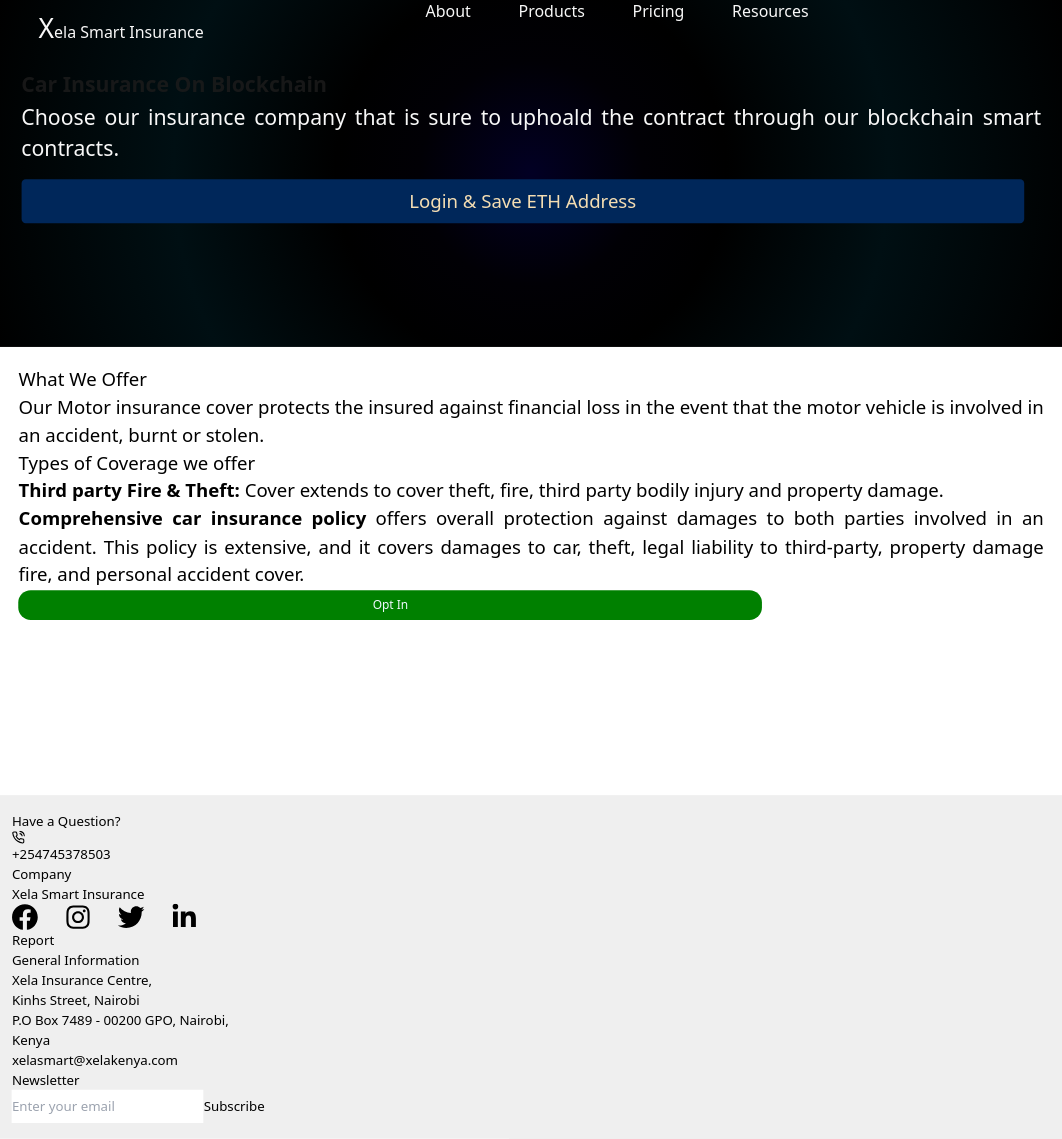
Repository: ALVIN-OBONYO/Xela-smart_insuarance
Page: / (app in frontend/)
An editor plug-in stored every save of this project. The page is shown before and after the next save, followed by the edit.
The browser window is 1280 px wide. The pictures show the whole page, at 83% of full size.
The project was rebuilt for these pictures with package versions that can differ from the ones it lists, and the page was loaded fresh each time. Also part of the build but not shown: frontend/src/Components/Cards.jsx, frontend/src/Pages/Policies.jsx, frontend/src/Components/Calendar.css, frontend/src/Components/Calendar.jsx, frontend/src/Components/Input.js, frontend/src/Components/Upload.css, frontend/src/Components/Upload.js, frontend/src/Pages/ReportForm.jsx and 3 more.

Above is the page before, as saved 2022-10-03 10:46:15.

After the next save:
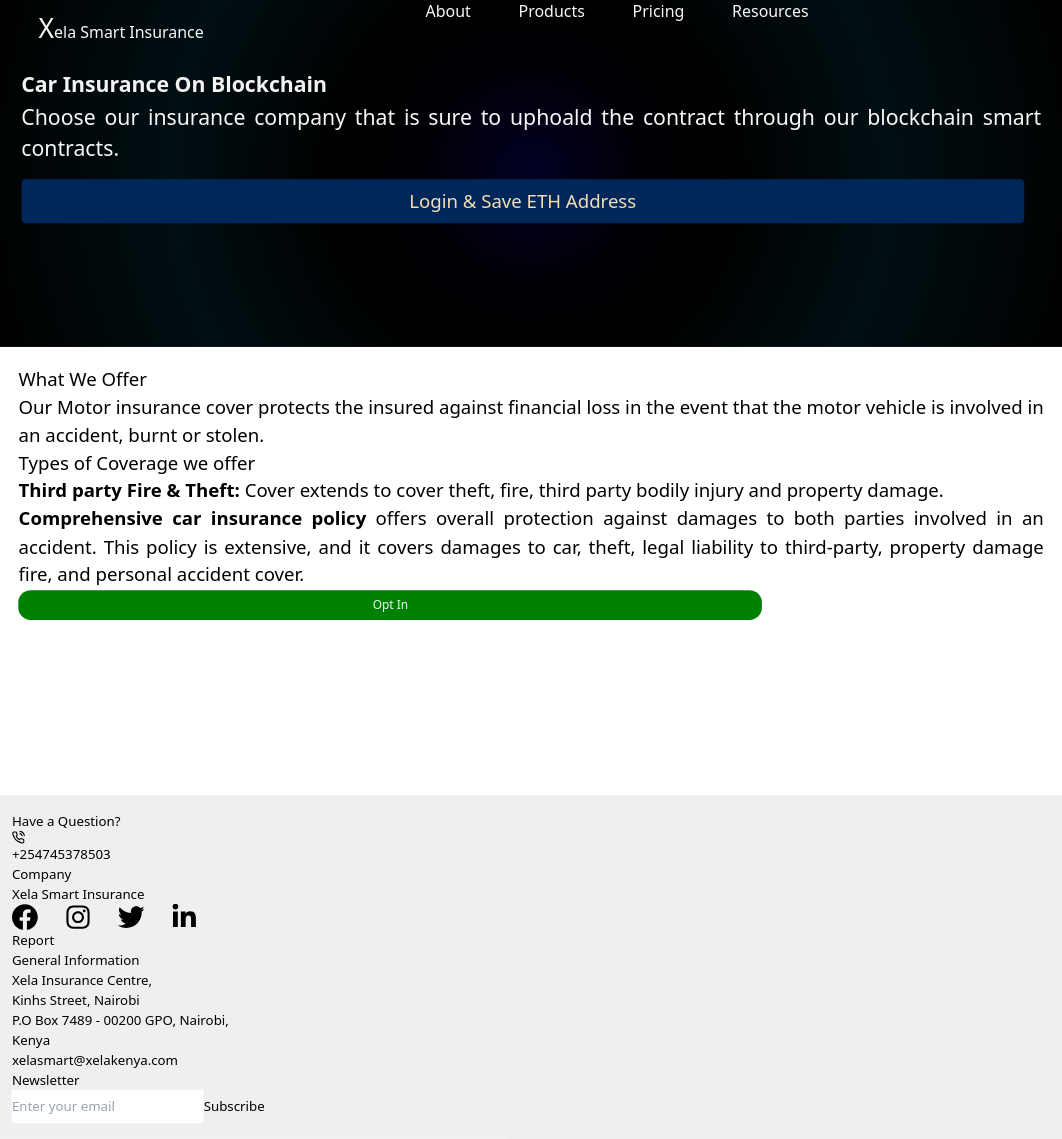
Saved 85 s later.
--- a/frontend/src/Components/Navbar.css
+++ b/frontend/src/Components/Navbar.css
@@ -42,7 +42,7 @@ nav {
 
 #top-h3 {
     font-weight: 700;
-    color: rgba(27, 27, 27, 0.836);
+    color: rgba(255, 255, 255, 0.952);
 }
 header {
     background: rgb(2,0,36);
